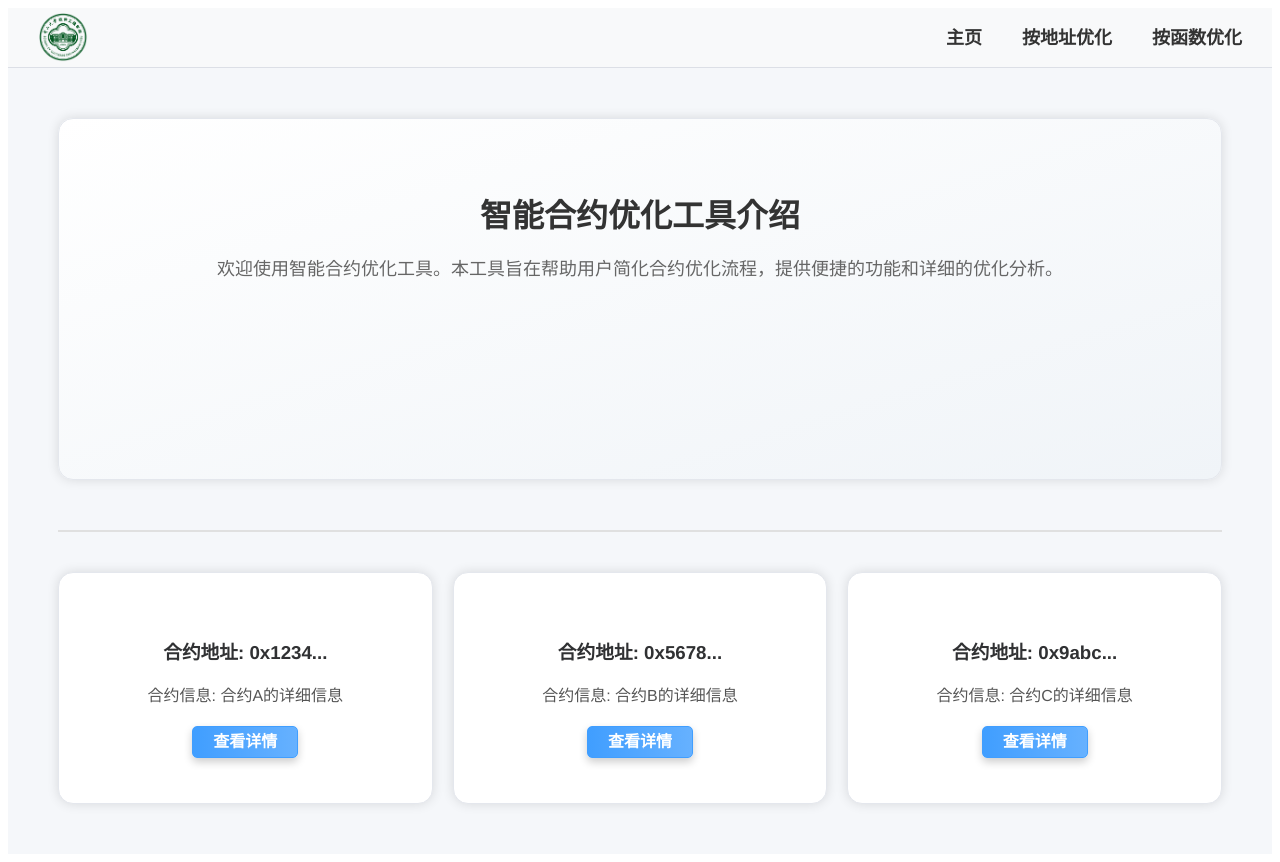
Repository: syckcoding/SmartHalo
Page: /
These files come from the project's save history. The page is drawn as it stood at one moment and after the next save; the edit follows.
The browser window is 1280 px wide. The pictures show the whole page.
The project was rebuilt for these pictures with package versions that can differ from the ones it lists, and the page was loaded fresh each time. Also part of the build but not shown: vite.config.js, src/views/Detail.vue, src/components/AddressOptimization.vue, src/components/FunctionOptimization.vue.

Above is the page before, as saved 2024-10-06 09:59:58.

### src/main.js
import { createApp } from 'vue';
import App from './App.vue';
import router from './router';
import ElementPlus from 'element-plus';
import 'element-plus/dist/index.css';

createApp(App).use(router).use(ElementPlus).mount('#app');

### src/App.vue
<template>
  <div id="app">
    <Navbar />
    <router-view />
  </div>
</template>

<script>
import Navbar from './components/Navbar.vue';

export default {
  components: {
    Navbar,
  },
};
</script>

<style>
/* 样式设置 */
#app {
  font-family: Avenir, Helvetica, Arial, sans-serif;
  text-align: center;
  color: #2c3e50;
}
</style>

### src/router/index.js
import { createRouter, createWebHistory } from 'vue-router';
import Home from '../views/Home.vue';
import Detail from '../views/Detail.vue';
import AddressOptimization from '@/components/AddressOptimization.vue';
import FunctionOptimization from '@/components/FunctionOptimization.vue';

const routes = [
  { path: '/', name: 'Home', component: Home },
  { path: '/detail/:id', name: 'Detail', component: Detail, props: true },
  { path: '/address-optimization', name: 'AddressOptimization', component: AddressOptimization },
  { path: '/function-optimization', name: 'FunctionOptimization', component: FunctionOptimization },
];

const router = createRouter({
  history: createWebHistory(process.env.BASE_URL),
  routes,
});

export default router;

### src/components/Navbar.vue
<template>
  <el-menu :default-active="activeIndex" class="el-menu-demo" mode="horizontal" router>
    <el-menu-item index="0" class="logo-item">
      <img src="@/assets/intro-image.png" alt="工具LOGO" class="intro-logo" />
    </el-menu-item>
    <div class="menu-right">
      <el-menu-item index="1" @click="goToHome">主页</el-menu-item>
      <el-menu-item index="2" @click="goToAddressOptimization">按地址优化</el-menu-item>
      <el-menu-item index="3" @click="goToFunctionOptimization">按函数优化</el-menu-item>
    </div>
  </el-menu>
</template>

<script>
export default {
  data() {
    return {
      activeIndex: '1',
    };
  },
  methods: {
    goToHome() {
      this.activeIndex = '1';
      this.$router.push({ name: 'Home' });
    },
    goToAddressOptimization() {
      this.activeIndex = '2';
      this.$router.push({ name: 'AddressOptimization' });
    },
    goToFunctionOptimization() {
      this.activeIndex = '3';
      this.$router.push({ name: 'FunctionOptimization', params: { mode: 'function' } });
    },
  },
};
</script>

<style scoped>
.el-menu-demo {
  background-color: #f8f9fa;  /* 浅灰色背景，与主页阴影一致 */
  color: #333;
  padding: 10px;
  display: flex;  /* 使用Flex布局 */
  align-items: center;
  justify-content: space-between; /* 主轴两端对齐，使左侧logo与右侧菜单分别靠边 */
}

.logo-item {
  pointer-events: none;
}

.intro-logo {
  width: 50px;
  height: 50px;
  margin-right: 20px;
}

.el-menu-demo .el-menu-item {
  color: #333;
  font-size: 18px;
  font-weight: bold;
  padding: 0 20px;
  transition: color 0.3s ease;
}

.menu-right {
  display: flex;
}
</style>

### src/views/Home.vue
<template>
    <div>
      <HomePage />
    </div>
  </template>

  <script>
  import HomePage from '../components/HomePage.vue';

  export default {
    components: {
      HomePage,
    },
  };
  </script>

  <style scoped>
  /* 可根据需要添加样式 */
  </style>

### src/components/HomePage.vue
<template>
  <div class="home">
    <el-row :gutter="20" class="intro-section">
      <el-col :span="24">
        <el-card class="intro-card">
          <h1 class="intro-title">智能合约优化工具介绍</h1>
          <p class="intro-description">欢迎使用智能合约优化工具。本工具旨在帮助用户简化合约优化流程，提供便捷的功能和详细的优化分析。</p>
        </el-card>
      </el-col>
    </el-row>

    <div class="divider"></div>

    <el-row :gutter="20" class="contracts">
      <el-col :span="8" v-for="contract in contracts" :key="contract.id">
        <el-card class="box-card">
          <div class="card-header">
            <h3>合约地址: {{ contract.address }}</h3>
          </div>
          <div class="card-content">
            <p>合约信息: {{ contract.info }}</p>
          </div>
          <div class="card-actions center-button">
            <el-button type="primary" @click="viewDetails(contract.id)" class="details-button">
              <i class="el-icon-search"></i> 查看详情
            </el-button>
          </div>
        </el-card>
      </el-col>
    </el-row>
  </div>
</template>

<script>
export default {
  data() {
    return {
      contracts: [
        { id: 1, address: '0x1234...', info: '合约A的详细信息' },
        { id: 2, address: '0x5678...', info: '合约B的详细信息' },
        { id: 3, address: '0x9abc...', info: '合约C的详细信息' },
      ],
    };
  },
  methods: {
    viewDetails(contractId) {
      this.$router.push({ name: 'Detail', params: { id: contractId } });
    },
  },
};
</script>

<style scoped>
.home {
  padding: 50px;
  background-color: #f5f7fa; /* 柔和的浅灰色背景，减少视觉疲劳 */
}
.intro-section {
  margin-bottom: 50px;
}
.intro-card {
  padding: 30px;
  min-height: 300px;
  background: linear-gradient(to bottom right, #ffffff, #f0f4f8); /* 添加背景渐变，使卡片更具视觉吸引力 */
  border-radius: 15px; /* 增加圆角，使卡片更柔和 */
  box-shadow: 0 6px 12px rgba(0, 0, 0, 0.1); /* 加深阴影，突出卡片效果 */
}
.intro-title {
  font-size: 32px;
  font-weight: bold;
  color: #333;
  margin-bottom: 15px;
}
.intro-description {
  font-size: 18px;
  color: #666;
}
.intro-features {
  margin-top: 20px;
  padding-left: 20px;
  font-size: 16px;
  color: #666;
}
.intro-features li {
  margin-bottom: 10px;
}
.divider {
  height: 2px;
  background-color: #e0e0e0;
  margin: 40px 0; /* 增加顶部和底部间距，分隔引导和合约部分 */
}
.contracts {
  margin-top: 40px;
}
.box-card {
  padding: 25px;
  background-color: #ffffff;
  border-radius: 15px;
  box-shadow: 0 6px 12px rgba(0, 0, 0, 0.1);
  transition: transform 0.3s ease, box-shadow 0.3s ease; /* 添加阴影和位置变化的过渡效果 */
}
.box-card:hover {
  transform: translateY(-8px);
  box-shadow: 0 12px 24px rgba(0, 0, 0, 0.15); /* 悬停时增加阴影，提升卡片的层次感 */
}
.card-header {
  margin-bottom: 15px;
}
.card-content {
  font-size: 16px;
  color: #555;
  margin-bottom: 20px;
}
.card-actions {
  text-align: center;
  display: flex;
  justify-content: center;
  align-items: center;
}
.center-button {
  margin-top: 20px;
}
.details-button {
  background: linear-gradient(to right, #409eff, #66b1ff); /* 添加渐变背景，使按钮更显眼 */
  border-color: #409eff;
  color: #ffffff;
  padding: 10px 20px;
  font-size: 16px;
  font-weight: bold;
  border-radius: 5px;
  box-shadow: 0 4px 8px rgba(0, 0, 0, 0.2); /* 添加轻微的发光效果，突出按钮 */
}
.details-button:hover {
  background: linear-gradient(to right, #66b1ff, #409eff); /* 悬停时反向渐变，增强交互感 */
  border-color: #66b1ff;
}
</style>

Loaded but not shown: index.html (common file)

After the next save:
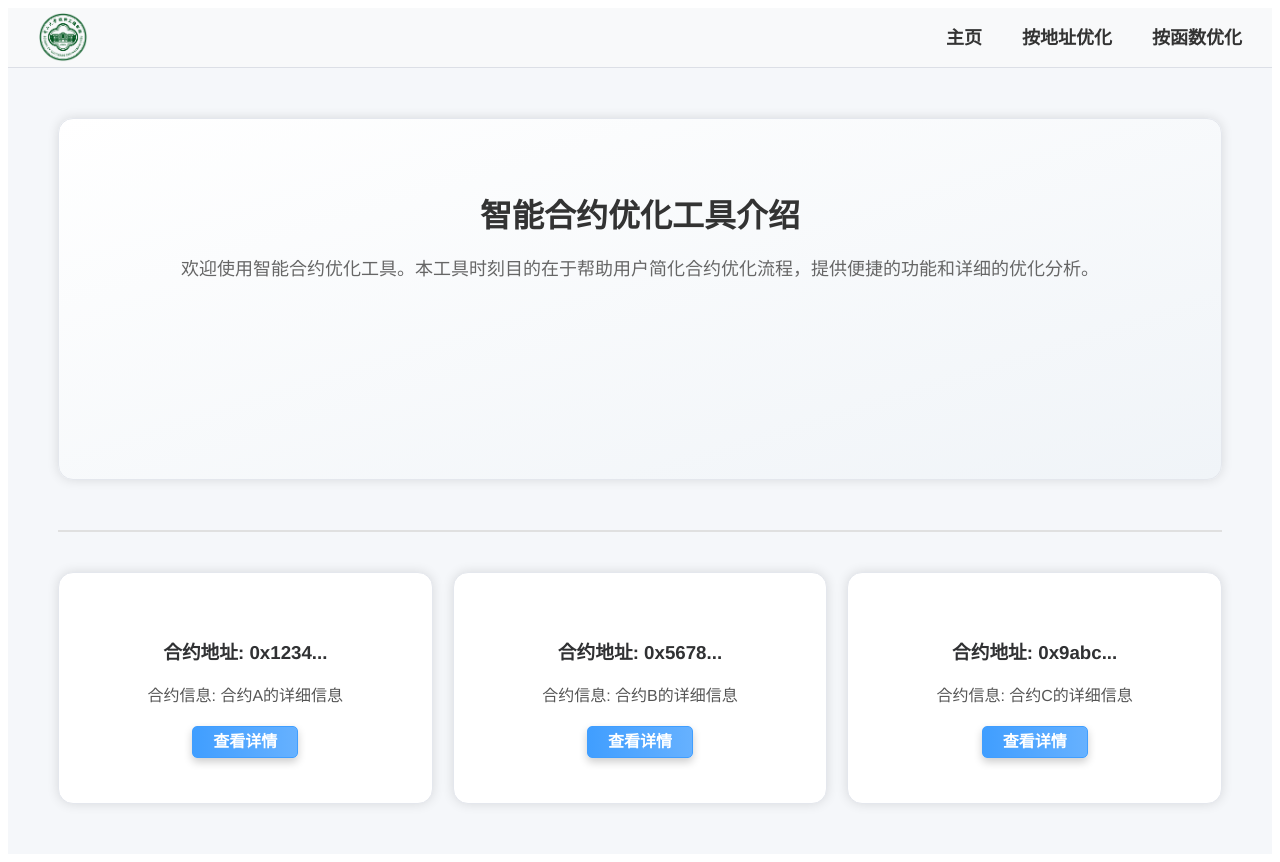
Saved 12 min 14 s later.
--- a/src/components/HomePage.vue
+++ b/src/components/HomePage.vue
@@ -1,4 +1,4 @@
-<template>
+<!-- <template>
   <div class="home">
     <el-row :gutter="20" class="intro-section">
       <el-col :span="24">
@@ -134,4 +134,142 @@
   background: linear-gradient(to right, #66b1ff, #409eff); /* 悬停时反向渐变，增强交互感 */
   border-color: #66b1ff;
 }
+</style> -->
+
+<template>
+  <div class="home">
+    <el-row :gutter="20" class="intro-section">
+      <el-col :span="24">
+        <el-card class="intro-card">
+          <h1 class="intro-title">智能合约优化工具介绍</h1>
+          <p class="intro-description">欢迎使用智能合约优化工具。本工具时刻目的在于帮助用户简化合约优化流程，提供便捷的功能和详细的优化分析。</p>
+        </el-card>
+      </el-col>
+    </el-row>
+
+    <div class="divider"></div>
+
+    <el-row :gutter="20" class="contracts">
+      <el-col :span="8" v-for="contract in contracts" :key="contract.id">
+        <el-card class="box-card">
+          <div class="card-header">
+            <h3>合约地址: {{ contract.address }}</h3>
+          </div>
+          <div class="card-content">
+            <p>合约信息: {{ contract.info }}</p>
+          </div>
+          <div class="card-actions center-button">
+            <el-button type="primary" @click="viewDetails(contract.id)" class="details-button">
+              <i class="el-icon-search"></i> 查看详情
+            </el-button>
+          </div>
+        </el-card>
+      </el-col>
+    </el-row>
+  </div>
+</template>
+
+<script>
+export default {
+  data() {
+    return {
+      contracts: [
+        { id: 1, address: '0x1234...', info: '合约A的详细信息' },
+        { id: 2, address: '0x5678...', info: '合约B的详细信息' },
+        { id: 3, address: '0x9abc...', info: '合约C的详细信息' },
+      ],
+    };
+  },
+  methods: {
+    viewDetails(contractId) {
+      this.$router.push({ name: 'Detail', params: { id: contractId } });
+    },
+  },
+};
+</script>
+
+<style scoped>
+.home {
+  padding: 50px;
+  background-color: #f5f7fa; /* 柔和的浅灰色背景，减少视觉疲劳 */
+}
+.intro-section {
+  margin-bottom: 50px;
+}
+.intro-card {
+  padding: 30px;
+  min-height: 300px;
+  background: linear-gradient(to bottom right, #ffffff, #f0f4f8); /* 添加背景渐变，使卡片更具视觉吸引力 */
+  border-radius: 15px; /* 增加圆角，使卡片更柔和 */
+  box-shadow: 0 6px 12px rgba(0, 0, 0, 0.1); /* 加深阴影，突出卡片效果 */
+}
+.intro-title {
+  font-size: 32px;
+  font-weight: bold;
+  color: #333;
+  margin-bottom: 15px;
+}
+.intro-description {
+  font-size: 18px;
+  color: #666;
+}
+.intro-features {
+  margin-top: 20px;
+  padding-left: 20px;
+  font-size: 16px;
+  color: #666;
+}
+.intro-features li {
+  margin-bottom: 10px;
+}
+.divider {
+  height: 2px;
+  background-color: #e0e0e0;
+  margin: 40px 0; /* 增加顶部和底部间距，分隔引导和合约部分 */
+}
+.contracts {
+  margin-top: 40px;
+}
+.box-card {
+  padding: 25px;
+  background-color: #ffffff;
+  border-radius: 15px;
+  box-shadow: 0 6px 12px rgba(0, 0, 0, 0.1);
+  transition: transform 0.3s ease, box-shadow 0.3s ease; /* 添加阴影和位置变化的过渡效果 */
+}
+.box-card:hover {
+  transform: translateY(-8px);
+  box-shadow: 0 12px 24px rgba(0, 0, 0, 0.15); /* 悬浮时增加阴影，提升卡片的层次感 */
+}
+.card-header {
+  margin-bottom: 15px;
+}
+.card-content {
+  font-size: 16px;
+  color: #555;
+  margin-bottom: 20px;
+}
+.card-actions {
+  text-align: center;
+  display: flex;
+  justify-content: center;
+  align-items: center;
+}
+.center-button {
+  margin-top: 20px;
+}
+.details-button {
+  background: linear-gradient(to right, #409eff, #66b1ff); /* 添加渐变背景，使按钮更显眼 */
+  border-color: #409eff;
+  color: #ffffff;
+  padding: 10px 20px;
+  font-size: 16px;
+  font-weight: bold;
+  border-radius: 5px;
+  box-shadow: 0 4px 8px rgba(0, 0, 0, 0.2); /* 添加轻微的发光效果，突出按钮 */
+}
+.details-button:hover {
+  background: linear-gradient(to right, #66b1ff, #409eff); /* 悬浮时反向渐变，增强交互感 */
+  border-color: #66b1ff;
+}
 </style>

After the save that followed:
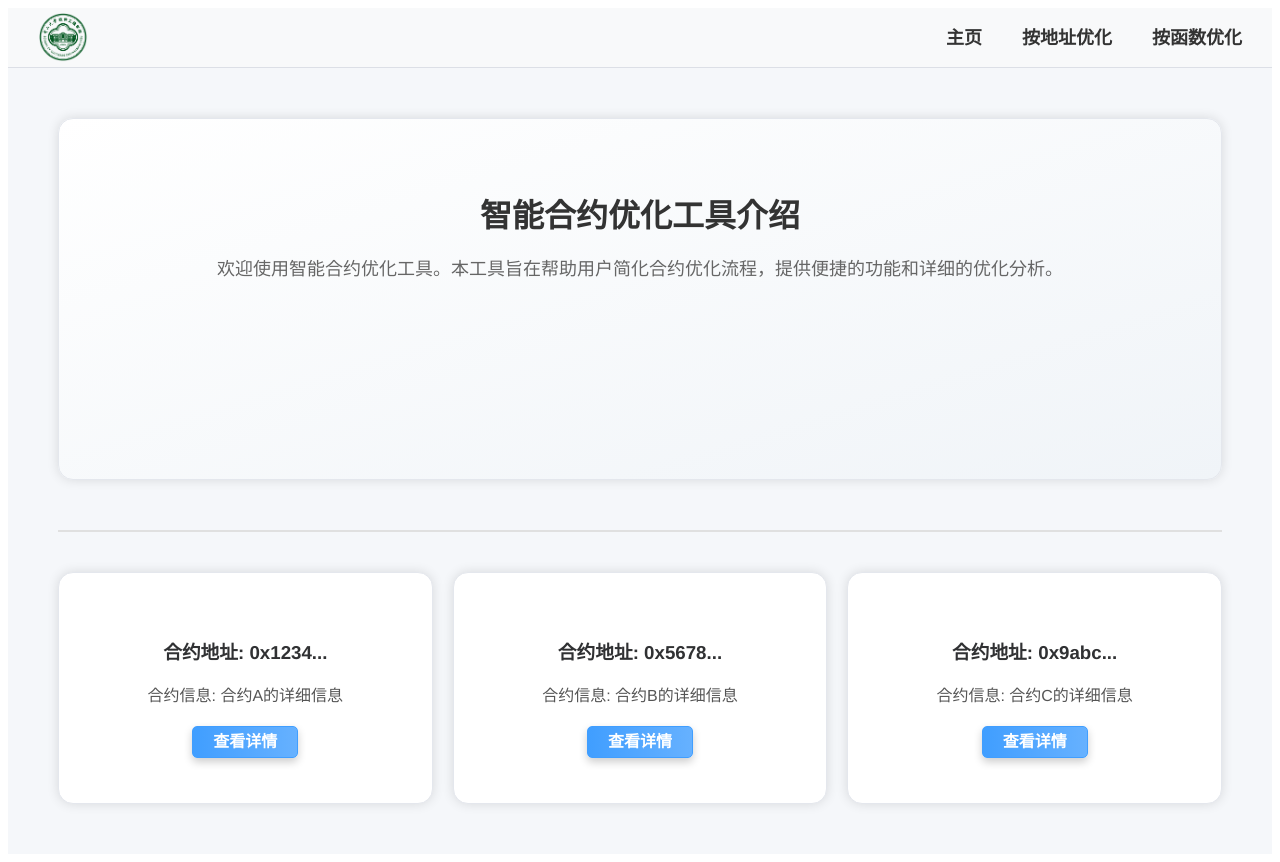
Saved 24 s later.
--- a/src/components/HomePage.vue
+++ b/src/components/HomePage.vue
@@ -1,4 +1,4 @@
-<!-- <template>
+<template>
   <div class="home">
     <el-row :gutter="20" class="intro-section">
       <el-col :span="24">
@@ -134,142 +134,4 @@
   background: linear-gradient(to right, #66b1ff, #409eff); /* 悬停时反向渐变，增强交互感 */
   border-color: #66b1ff;
 }
-</style> -->
-
-<template>
-  <div class="home">
-    <el-row :gutter="20" class="intro-section">
-      <el-col :span="24">
-        <el-card class="intro-card">
-          <h1 class="intro-title">智能合约优化工具介绍</h1>
-          <p class="intro-description">欢迎使用智能合约优化工具。本工具时刻目的在于帮助用户简化合约优化流程，提供便捷的功能和详细的优化分析。</p>
-        </el-card>
-      </el-col>
-    </el-row>
-
-    <div class="divider"></div>
-
-    <el-row :gutter="20" class="contracts">
-      <el-col :span="8" v-for="contract in contracts" :key="contract.id">
-        <el-card class="box-card">
-          <div class="card-header">
-            <h3>合约地址: {{ contract.address }}</h3>
-          </div>
-          <div class="card-content">
-            <p>合约信息: {{ contract.info }}</p>
-          </div>
-          <div class="card-actions center-button">
-            <el-button type="primary" @click="viewDetails(contract.id)" class="details-button">
-              <i class="el-icon-search"></i> 查看详情
-            </el-button>
-          </div>
-        </el-card>
-      </el-col>
-    </el-row>
-  </div>
-</template>
-
-<script>
-export default {
-  data() {
-    return {
-      contracts: [
-        { id: 1, address: '0x1234...', info: '合约A的详细信息' },
-        { id: 2, address: '0x5678...', info: '合约B的详细信息' },
-        { id: 3, address: '0x9abc...', info: '合约C的详细信息' },
-      ],
-    };
-  },
-  methods: {
-    viewDetails(contractId) {
-      this.$router.push({ name: 'Detail', params: { id: contractId } });
-    },
-  },
-};
-</script>
-
-<style scoped>
-.home {
-  padding: 50px;
-  background-color: #f5f7fa; /* 柔和的浅灰色背景，减少视觉疲劳 */
-}
-.intro-section {
-  margin-bottom: 50px;
-}
-.intro-card {
-  padding: 30px;
-  min-height: 300px;
-  background: linear-gradient(to bottom right, #ffffff, #f0f4f8); /* 添加背景渐变，使卡片更具视觉吸引力 */
-  border-radius: 15px; /* 增加圆角，使卡片更柔和 */
-  box-shadow: 0 6px 12px rgba(0, 0, 0, 0.1); /* 加深阴影，突出卡片效果 */
-}
-.intro-title {
-  font-size: 32px;
-  font-weight: bold;
-  color: #333;
-  margin-bottom: 15px;
-}
-.intro-description {
-  font-size: 18px;
-  color: #666;
-}
-.intro-features {
-  margin-top: 20px;
-  padding-left: 20px;
-  font-size: 16px;
-  color: #666;
-}
-.intro-features li {
-  margin-bottom: 10px;
-}
-.divider {
-  height: 2px;
-  background-color: #e0e0e0;
-  margin: 40px 0; /* 增加顶部和底部间距，分隔引导和合约部分 */
-}
-.contracts {
-  margin-top: 40px;
-}
-.box-card {
-  padding: 25px;
-  background-color: #ffffff;
-  border-radius: 15px;
-  box-shadow: 0 6px 12px rgba(0, 0, 0, 0.1);
-  transition: transform 0.3s ease, box-shadow 0.3s ease; /* 添加阴影和位置变化的过渡效果 */
-}
-.box-card:hover {
-  transform: translateY(-8px);
-  box-shadow: 0 12px 24px rgba(0, 0, 0, 0.15); /* 悬浮时增加阴影，提升卡片的层次感 */
-}
-.card-header {
-  margin-bottom: 15px;
-}
-.card-content {
-  font-size: 16px;
-  color: #555;
-  margin-bottom: 20px;
-}
-.card-actions {
-  text-align: center;
-  display: flex;
-  justify-content: center;
-  align-items: center;
-}
-.center-button {
-  margin-top: 20px;
-}
-.details-button {
-  background: linear-gradient(to right, #409eff, #66b1ff); /* 添加渐变背景，使按钮更显眼 */
-  border-color: #409eff;
-  color: #ffffff;
-  padding: 10px 20px;
-  font-size: 16px;
-  font-weight: bold;
-  border-radius: 5px;
-  box-shadow: 0 4px 8px rgba(0, 0, 0, 0.2); /* 添加轻微的发光效果，突出按钮 */
-}
-.details-button:hover {
-  background: linear-gradient(to right, #66b1ff, #409eff); /* 悬浮时反向渐变，增强交互感 */
-  border-color: #66b1ff;
-}
 </style>
